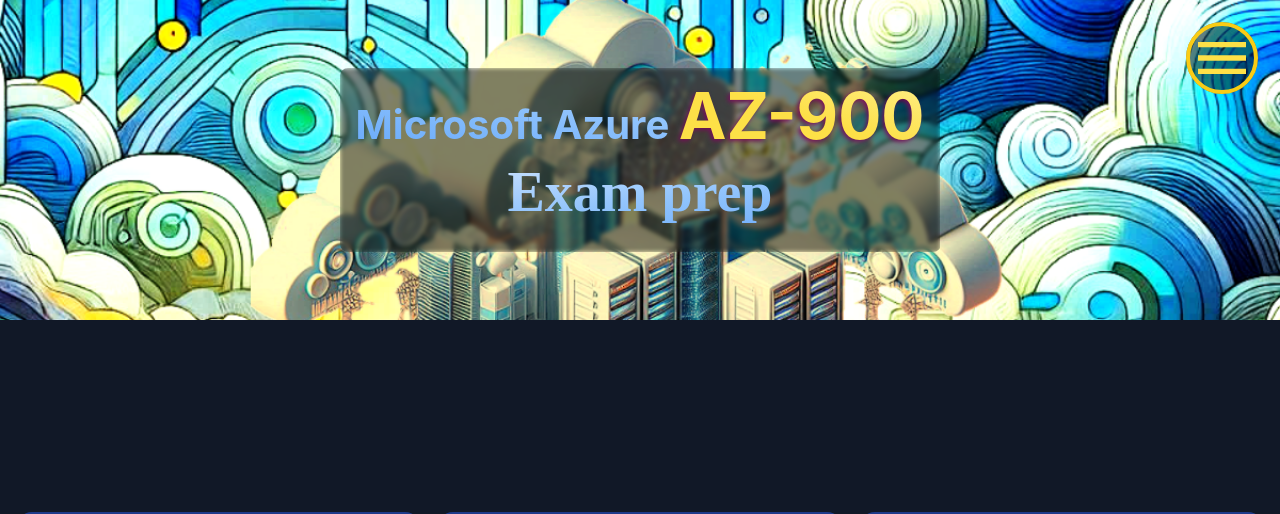
Repository: Freezler/az-900_svelte5
Page: /
An editor plug-in stored every save of this project. The page is shown before and after the next save, followed by the edit.
The browser window is 1280 px wide. The pictures show the part of the page from y = 0 to 514 px (the page is 1870 px tall before and 1958 px after).
Pictures or frames that could not be fetched are drawn as grey boxes. The project was rebuilt for these pictures with package versions that can differ from the ones it lists, and the page was loaded fresh each time. The framework's server and built-in components were replaced by stand-ins that run in the browser. Also part of the build but not shown: vite.config.ts.

Above is the page before, as saved 2024-11-06 17:09:34.

After the next save:
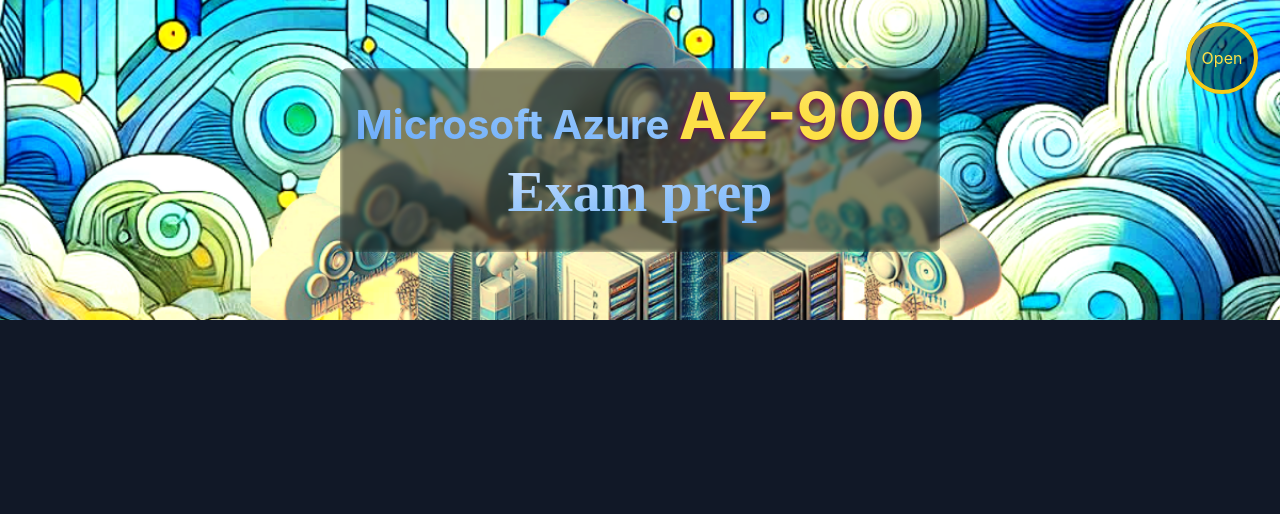
Saved 2 min 11 s later.
--- a/src/components/Popover.svelte
+++ b/src/components/Popover.svelte
@@ -1,104 +1,29 @@
-<script lang="ts">
-	import { fly } from 'svelte/transition';
-	import { onMount, createEventDispatcher } from 'svelte';
+<script>
+  let isMenuOpen = false;
 
-	const dispatch = createEventDispatcher();
-
-	let isMenuOpen = false;
-
-	function toggle(event: MouseEvent | TouchEvent) {
-    event.preventDefault();
+  function toggle() {
+    console.log('Toggle function called');
     isMenuOpen = !isMenuOpen;
-    dispatch('toggleMenu', isMenuOpen);
+    console.log('isMenuOpen is now:', isMenuOpen);
   }
 
-	onMount(() => {
-		const handleClickOutside = (event: MouseEvent) => {
-			if (
-				isMenuOpen &&
-				event.target instanceof Element &&
-				!event.target.closest('button') &&
-				!event.target.closest('#menu')
-			) {
-				isMenuOpen = false;
-				dispatch('toggleMenu', isMenuOpen);
-			}
-		};
-
-		document.addEventListener('click', handleClickOutside);
-
-		return () => {
-			document.removeEventListener('click', handleClickOutside);
-		};
-	});
+  $: console.log('isMenuOpen reactive statement:', isMenuOpen);
 </script>
 
 <button
   on:click={toggle}
   type="button"
-  tabindex="0"
   class="z-100 fixed right-0 top-0 m-[22px] size-[72px] rounded-full border-4 border-yellow-400 text-yellow-300 backdrop-brightness-[.50] transition-all hover:bg-[hsl(210,55%,8%,0.4)] flex items-center justify-center"
-  aria-expanded={isMenuOpen}
-  aria-controls="menu"
-  aria-label="open menu"
-  aria-roledescription="button"
 >
   {#if !isMenuOpen}
-    <svg
-      xmlns="http://www.w3.org/2000/svg"
-      width="100%"
-      height="100%"
-      viewBox="0 0 24 24"
-      {...$$props}
-    >
-      <path
-        fill="currentColor"
-        d="M3 18h18v-2H3zm0-5h18v-2H3zm0-7v2h18V6z"
-      />
-    </svg>
+    Open
   {:else}
-    <svg
-      xmlns="http://www.w3.org/2000/svg"
-      width="100%"
-      height="100%"
-      viewBox="0 0 24 24"
-      {...$$props}
-    >
-      <path
-        fill="currentColor"
-        d="M19 6.41L17.59 5L12 10.59L6.41 5L5 6.41L10.59 12L5 17.59L6.41 19L12 13.41L17.59 19L19 17.59L13.41 12z"
-      />
-    </svg>
+    Close
   {/if}
 </button>
 
 {#if isMenuOpen}
-	<div
-		class="z-100 fixed bottom-0 left-0 mt-auto h-[42vh] w-full border-t-2 border-[--text-color] bg-blue-500/20 text-center shadow-md backdrop-blur-md backdrop-brightness-[.30]"
-		id="menu"
-		role="menu"
-		in:fly={{ duration: 400, delay: 200, y: 300 }}
-		out:fly={{ duration: 400, delay: 200, y: 300 }}
-	>
-		<ul
-			class="flex h-full w-full flex-col place-items-center items-center justify-center gap-4 text-3xl text-[--text-color]"
-		>
-			<li role="none">
-				<a href="/" class="hover:underline" tabindex="0" role="menuitem">HOME</a>
-			</li>
-			<li role="none">
-				<a href="/concepts" class="hover:underline" tabindex="0" role="menuitem">CLOUD CONCEPTS</a>
-			</li>
-			<li role="none">
-				<a href="/services" class="hover:underline" tabindex="0" role="menuitem"
-					>AZURE CORE SERVICES</a
-				>
-			</li>
-			<li role="none">
-				<a href="/security" class="hover:underline" tabindex="0" role="menuitem"
-					>SECURITY & COMPLIANCE</a
-				>
-			</li>
-		</ul>
-	</div>
+  <div>Menu is open</div>
+{:else}
+  <div>Menu is closed</div>
 {/if}
